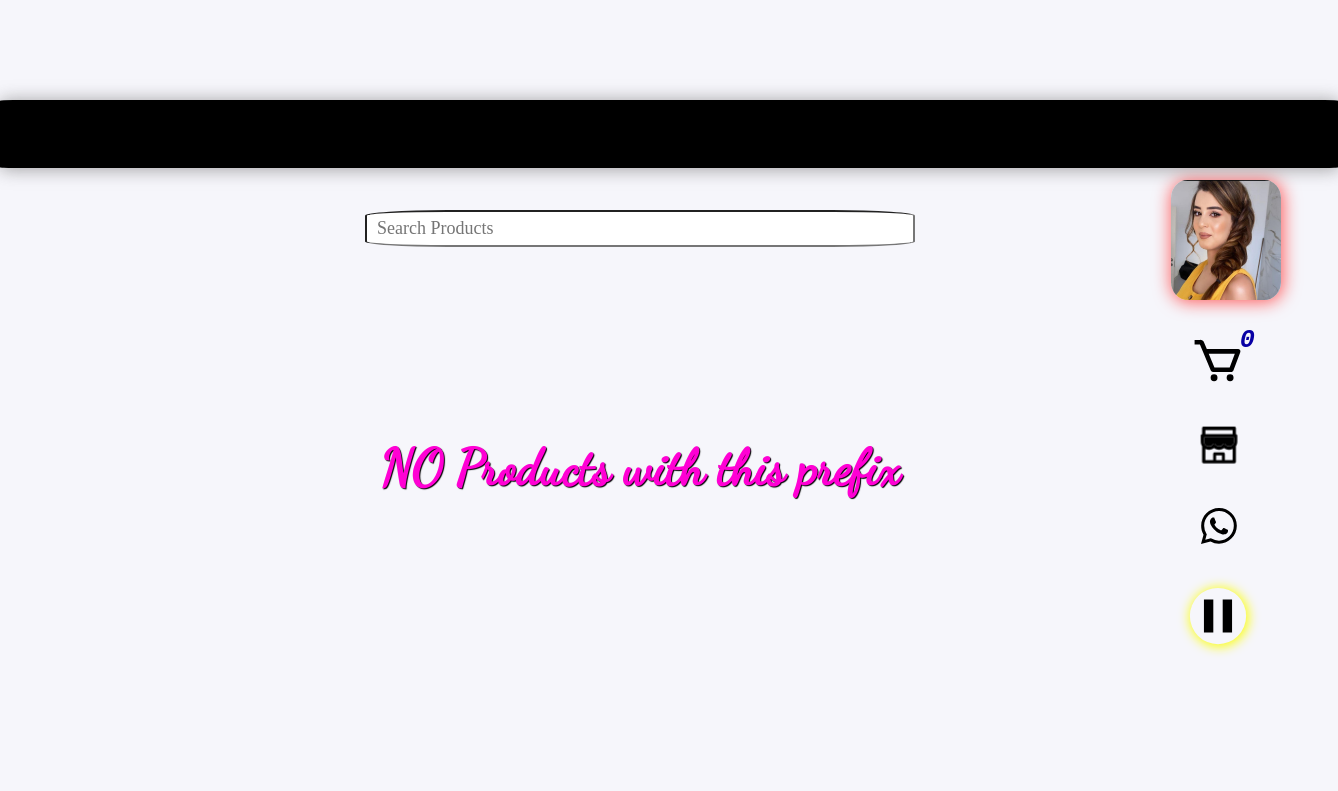
Repository: rehamAbass/BeautyCareShop
Page: /
The author's editor kept a copy of each file at every save. The page is drawn from the files as they stood at one save, then again after the next save.
The browser window is 1280 px wide. The page is 1338 px wide, so the pictures cover 1338 px, including what lies to the right of the window. The pictures show the whole page.
The pointer rests on the first visible `.btnAudio`.
The page's requests for data from a server got no answer. Some web fonts or font styles are not loaded; a fallback is used. The project was rebuilt for these pictures with package versions that can differ from the ones it lists, and the page was loaded fresh each time. No one was signed in, and anything a server would have sent is missing. Also part of the build but not shown: src/components/allProducts/prod/card.css, src/components/allProducts/prod/card.component.jsx, src/components/myCart/myCart.css, src/components/myCart/cartProduct/cartProduct.css, src/components/myCart/cartProduct/cartProduct.jsx, src/components/myCart/myCart.jsx. Imported but missing from the stored project, and not drawn on this page: src/components/header/music/ed.mp3.

Above is the page before, as saved 2022-06-08 14:21:11.

### public/index.html
<!DOCTYPE html>
<html lang="en">
  </style>
  <head>
    <meta charset="utf-8" />
    <link rel="icon" href="" />
    <meta name="viewport" content="width=device-width, initial-scale=1" />
    <meta name="theme-color" content="#000000" />
    <meta
      name="description"
      content="Web site created using create-react-app"
    />
    <link rel="apple-touch-icon" href="" />
    <link rel="manifest" href="%PUBLIC_URL%/manifest.json" />
    <link rel="preconnect" href="https://fonts.googleapis.com">
    <link rel="preconnect" href="https://fonts.gstatic.com" crossorigin>
    <link href="https://fonts.googleapis.com/css2?family=Bigelow+Rules&display=swap" rel="stylesheet">
    <link rel="preconnect" href="https://fonts.googleapis.com">
    <link rel="preconnect" href="https://fonts.gstatic.com" crossorigin>
    <link href="https://fonts.googleapis.com/css2?family=Bigelow+Rules&family=Dancing+Script&display=swap"
      rel="stylesheet">
    <title color:'purble'>BeautyShop💄</title>
  </head>
  <body>

    <div id="root"></div>
  </body>
</html>

<!--
  <video id="video1" loop="" muted="" src="https://prod-streaming-video-msn-com.akamaized.net/aa5cb260-7dae-44d3-acad-3c7053983ffe/1b790558-39a2-4d2a-bcd7-61f075e87fdd.mp4"></video>

 -->

### src/App.js

// import React from 'react'
import CardList from './components/allProducts/card-list.component';
import SearchBox from './components/search-box/search-box.component';
import './App.css'
import axios from "axios";
import React, { Component } from "react";
import Header from './components/header/header.component.jsx'
import { useState, useEffect } from 'react';
import Cart from './components/myCart/myCart.jsx'

const App = () => {
  const [products, setProducts] = useState([]);
  const [cartProducts, setCartProducts] = useState([]);
  const [filteredProducts, setFilteredProducts] = useState(products);
  const [searchString, setSearchString] = useState('');
  const [showCart, setShowCart] = useState(false);
    const [cartCounter, setCartCounter] = useState(0);
      const [Sum, setSum] = useState(0);
      const [imgs, setImgs] = useState([])

  //==========================================================================
  const   getDataFromDB= async ()=> {
    const response = await axios.get("http://localhost:8000/products/");
    setCartProducts(response);
  }
  //===========================================================
  const deleteProd = async (id) => {
    let response = await axios.delete(
      `http://localhost:8000/product/${id}`
    );
  }
  //=============================================================
  const saveProd = async (p) => {
    const response = await axios.post(
      "http://localhost:8000/product",p
    );
  }

   const  updateProd = async (p) => {
    const response = await axios.put(
      "http://localhost:8000/product",p
    );
  }
  //============================================================================
  useEffect(() => {
    fetch('http://makeup-api.herokuapp.com/api/v1/products.json?brand=maybelline')
      .then((res) => res.json())
      .then((users) => {
          users = users.map(user => (
         {id:user.id,
         name:user.name,
         brand:user.brand,
         price:user.price,
        image_link:user.image_link,
         product_link:user.product_link,
         description:user.description,
        rating:user.rating,
         product_type:user.product_type,
          product_api_url:user.product_api_url,
          product_colors:user.product_colors,
        amount:0
         }))


         getDataFromDB();
        setFilteredProducts(users);
        setProducts(users);
        setImgs(users.map((u)=>(u.image_link)));
      })
  }, []); // it runs only one time - no need to call it in each render because [] is empty !!
  //=========================================================================================
  useEffect(() => {
    let filteredgroup = products.filter((p) => p.name.toLowerCase().includes(searchString));
    setFilteredProducts(filteredgroup);
  }, [products, searchString])

  //========================================================================================
  const onSearchChanged = (event) => {
    let input = event.target.value.toLowerCase();
    setSearchString(input);
  }
  //=========================================================================================
  const addProduct=(product)=>{
        let updatePro = cartProducts.filter(p=> p.id === product.id);
     if(updatePro.length>0){
       // it means that YES the product exists before in Cart! just increase the amount of it:
       updatePro = updatePro[0];
       updatePro.amount +=1;
        let newarray = cartProducts.map(p=>( p.id === product.id ? updatePro:p )) ;
        setCartProducts(newarray);
     }else{
        let newProductToAdd = {...product, amount:1};
         setCartProducts([...cartProducts,newProductToAdd ]);
         saveProd(product);
         updateProd();
     }

      }
  //=================================================================================
  //    ,
  const deleteProduct = (product) => {
    let newArr = cartProducts.filter(p => p.id !== product.id);
    setCartProducts(newArr);
    deleteProd(product.id);
  }
 //===================================================================================
   const decreaseProduct=(product)=>{

     if(product.amount >1){
       let update = product;
       update.amount -=1;
        let newarray = cartProducts.map(p=>(p.id === product.id ? update:p )) ;
     setCartProducts(newarray);
     }else{ // amount was  === 1
        let newArr = cartProducts.filter(p=> p.id !== product.id);
         setCartProducts(newArr);
     }
      }
 //===================================================================================
useEffect(()=>{
  console.log("useEffect, cartProduct changes, so counter changes");
  let all =0;
  let summ=0;
  for(let p of cartProducts){
     all = all+p.amount;
    summ = summ+ (p.amount * p.price);
}
    setSum(summ);
    setCartCounter(all);
},[cartProducts]);

//====================================================================================
  useEffect(()=>{
    console.log("open Cart = ",showCart);
  },[showCart])
 //=========================================================================================
const HandleCart =(val)=>{
  setShowCart(val);
}
 const handleSumCount = ()=>{
  setSum(0);
  setCartProducts([]);
  setCartCounter(0);

 }
 //=========================================================================================
  return (
    <div className="App">
      <header className="App-header">
        <Header counter ={cartCounter}
        imgs={imgs}
        handleCart = {HandleCart}/>
        {showCart === false &&
          <div>
           <SearchBox
          className='search-box2'
          searchHandler={onSearchChanged}
          group={filteredProducts}
        />
            <CardList
              group={filteredProducts}
               addProduct={addProduct} />
        </div>

        }
          {(showCart === true) &&
            <Cart sum ={Sum} group={cartProducts}
           addProduct={addProduct}
            deleteProduct={deleteProduct}
            decreaseProduct={decreaseProduct}
              handleSumCount={handleSumCount}
            />
          }
      </header>
    </div>
  )
}

export default App;

### src/components/allProducts/card-list.component.jsx

import './card-list.css'
import Card from './prod/card.component'
import React from 'react'

const CardList = ({ group ,addProduct}) => {
    return (
        <div className='card-list'>
            {group.map((p,i) =>
                (
                    <Card
                    key={i}
                    product={p}
                     addProduct={addProduct}/>
                )
            )
            }
        </div >

    )
}

export default CardList;

### src/components/search-box/search-box.component.jsx

import React from 'react'
import './search-box.css'


const SearchBox = ({ className, placeholder, searchHandler, group }) => {

    return (
        <div className='search-box'>
            <input
                className={className}
                type='search'
                placeholder='Search Products'
                onChange={searchHandler}
                style={{
                     fontStyle:'unset', fontStretch: 'extra-expanded'
                , fontSize:'large', borderRadius:'15%'}}
            />
            {group.length === 0 ?
                <div className='alert2'> NO Products with this prefix </div> : ''}
        </div>
    )
}


export default SearchBox;

### src/App.css
body {
  margin: 0;
  padding: 0;
  font-family: -apple-system, BlinkMacSystemFont, 'Segoe UI', 'Roboto', 'Oxygen',
    'Ubuntu', 'Cantarell', 'Fira Sans', 'Droid Sans', 'Helvetica Neue',
    sans-serif;
    background-color:rgba(192, 190, 228, 0.135);
  -webkit-font-smoothing: antialiased;
  -moz-osx-font-smoothing: grayscale;
  text-align: center;
}



















/* -------------------------------------------------------------------------------------- */

/* .App {
  text-align: center;
}

.App-logo {
  height: 40vmin;
  pointer-events: none;
}

@media (prefers-reduced-motion: no-preference) {
  .App-logo {
    animation: App-logo-spin infinite 20s linear;
  }
}

.App-header {
  background-color: #2d5cba;
  min-height: 100vh;
  display: flex;
  flex-direction: column;
  align-items: center;
  justify-content: center;
  font-size: calc(10px + 2vmin);
  color: white;
}

.App-link {
  color: #61dafb;
}

@keyframes App-logo-spin {
  from {
    transform: rotate(0deg);
  }
  to {
    transform: rotate(360deg);
  }
}

*/

### src/components/header/header.component.jsx
import React from 'react'
import './header.css'
import Music from './music/music.component';
import fatme from './fatme.jpeg'
import CartIcon from './cartIcon/cartIcon.component';
import {BsWhatsapp} from 'react-icons/bs'
import {AiTwotoneShop} from 'react-icons/ai'

const Header = ({counter,imgs, handleCart}) => {
    return (
        <div className='headClass'>
        <div className='imgs'>
            {imgs.map((link, i) => (
                    (i>=19 && i <29)&&<img
                    style={{transform:'scale(1)' ,  margin:'0px'}}
                    key={i}
                    src={link} alt='prod' />

            ))}
        </div>

            <img className='myImg' src={fatme} alt='me'
            />
               <CartIcon
            counter={counter}
             handleCart={handleCart}
            />
            <AiTwotoneShop
            className='goHome'
                onClick={() => {
                     handleCart(false)}}
            />
            <h4 className='title' >
                <marquee direction='left' loop='2' >Fatima Beauty Care Shop</marquee>
            </h4>


            <Music />


            <a  className='whatsApp'  aria-label="whats"
                target="_blank" rel="noopener"
                href="https://api.whatsapp.com/send?phone=972543656019&text=hello%20Fatima%20from%20your%20BeautyCareShop%20Website%20💄"
              >
              <BsWhatsapp/>
            </a>
        </div>
    )
}

export default Header;

### src/components/allProducts/card-list.css
.card-list {
     width: 1100px;
    margin-left: 4%;
    display: grid;
    grid-template-columns: 4fr 4fr 4fr;
    /* grid-gap: 1%; */
    margin-top: 4%;
    margin-bottom:15%;
}

### src/components/search-box/search-box.css
.search-box {
    padding: 10px;
}

.alert2 {
    margin-top: 150px;
    text-align: center;
    padding: 40px;
    color: rgb(255, 0, 212);
    font-size: 50px;
    font-stretch: extra-expanded;
    font-family: 'Dancing Script';
    font-weight: bolder;
    text-shadow: 1px 1px  1px rgb(0, 0, 0);
    transform: scale(1);
}

.search-box2 {
    width: 550px;
    height: 37px;
    margin-top: 170px;
    padding: 10px;
    line-height: 30px;
    margin-bottom: 1px;
    color: rgb(0, 0, 0);
    font-weight: 400;
    font-family:serif;

}

### src/components/header/header.css
.title {
    width: 110%;
    position: relative;
    font-size: 46px;
    font-weight: bolder;
    font-family: 'Dancing Script';
 color:rgb(251, 251, 251);
    font-stretch: extra-expanded;
    /* text-shadow: 11px 1px 11px rgb(255, 0, 123); */
    background-color: rgb(0, 0, 0);
     box-shadow: 1px 1px 17px 1px rgba(135, 134, 135, 0.74);
     margin-top: 40px;
     border-radius:1%;
}
.imgs{
    width: 110%;
    position: relative;
    height:60px;
     margin: 0px;
}
.goHome{
    color:rgb(0, 0, 0);
     position:fixed;
    margin-left: 47%;
    margin-top:376px;
     transform: scale(2.6);
}
.goHome:hover{
    color:rgb(8, 0, 165);
    transform:scale(3);
}
.whatsApp{
    color:rgb(0, 0, 0);
     position:fixed;
    margin-left: 47%;
    margin-top:290px;
     transform: scale(2);
}
.whatsApp:hover{
  color:rgb(8, 0, 165);

   }
.myImg{
    position:fixed;
    margin-left: 44%;
    margin-top:120px;
    width: 110px;
  height: 120px;
    box-shadow: 1px 1px 17px 1px rgb(255, 88, 88);
    border-radius:15%;
}

.headClass {
    border-radius: 12%;
    width: 95%;
    height: 30px;
    font-size: large;
    /* font-weight: 700; */
    font-style: italic;

}

### src/components/header/music/music.component.jsx
import './music.css'
import { useState, useEffect } from 'react'
import { MdPlayArrow, MdPause } from 'react-icons/md'
import  React  from 'react'
import ed from "./ed.mp3";

const aud = new Audio(ed);
aud.play();

const Music = () => {
    const [flagPlaying, setIsActive] = useState(true);
    const handleClick = (value) => {
        setIsActive(value);
        if (value === true) {
            aud.loop = true;
            aud.play();
        } else {
            aud.pause();
            aud.loop = false;
        }
    }

    return (<div className='myAudio'>
        {(flagPlaying === false) &&
            <MdPlayArrow
                className='btnAudio'
                onClick={() => {
                    if (flagPlaying === false) {
                        handleClick(true);
                    }
                }}
            />
        }
        {(flagPlaying === true) &&
            <MdPause
                className='btnAudio'
                style={{color:'black'}}
                onClick={() => {
                    if (flagPlaying === true) {
                        handleClick(false);
                    }
                }}
            />
        }
    </div>
    )
}


export default Music;

### src/components/header/cartIcon/cartIcon.component.jsx
import React from 'react'
import './cart.css'
import { BiCart } from "react-icons/bi";


const CartIcon = ({ counter,handleCart}) => {

    return (
        <div className='cart-container'>
            <span className='counter'>{counter}</span>
            <BiCart
                    className='cartIcon'
                    onClick={() => {
                      handleCart(true);
                     }}
                />
        </div>
    )
}
export default CartIcon;

### src/components/header/music/music.css
.myAudio {}

.btnAudio {
    width:  50px;
    height: 50px;
    position:fixed;
    margin-left: 45.7%;
    margin-top: 362px;
    color:rgb(0, 0, 0);
    border-radius: 90%;
}

.btnAudio:hover {
   color : rgb(8, 0, 165);
    transform: scale(1.125);
    box-shadow: 1px 1px 10px 1px  rgb(251, 255, 0);
}

### src/components/header/cartIcon/cart.css
.cartIcon{
     position:fixed;
    width:55px;
    height:55px;
    color:rgb(0, 0, 0);
    margin-top:1%;
    /* transform: translateZ(-1);
    transition: transform 0.25s ease-out; */
}
.cartIcon:hover{
    transform:scale(1.12);
    color:rgb(8, 0, 165);
}
.cart-container{
    position:fixed;
    margin-left: 93%;
    margin-top: 260px;
}
.cart-container:hover{
    color:rgb(0, 0, 0);
 /* transform: scale(1); */
 cursor: pointer;
}
.counter{
    font-size:large;
    font-family:'Courier New', Courier, monospace;

    color:rgb(8, 0, 165);
    font-weight:bolder;
    text-align: right;
      transform: scale(1.4);
    text-shadow: 2px 2px 12px 12px rgb(0, 0, 0);
    position: fixed;
    margin-left: 4%;
    margin-top:0.8%;
}

Loaded but not shown: src/index.js (common file); src/index.css (common file); public/manifest.json (common file)

After the next save:
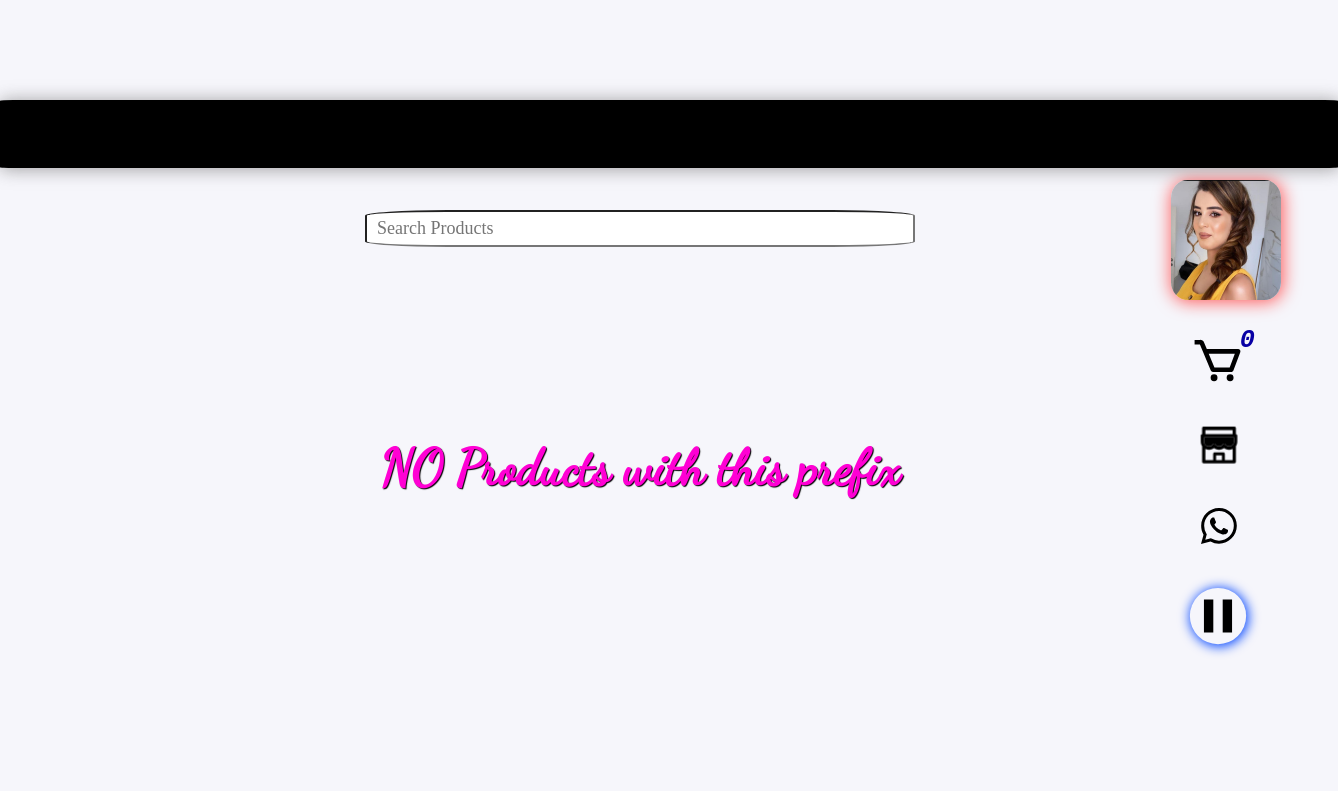
Saved 2 min 6 s later.
--- a/src/components/header/music/music.css
+++ b/src/components/header/music/music.css
@@ -13,5 +13,5 @@
 .btnAudio:hover {
    color : rgb(8, 0, 165);
     transform: scale(1.125);
-    box-shadow: 1px 1px 10px 1px  rgb(251, 255, 0);
+    box-shadow: 1px 1px 10px 1px  rgb(0, 68, 255);
 }
